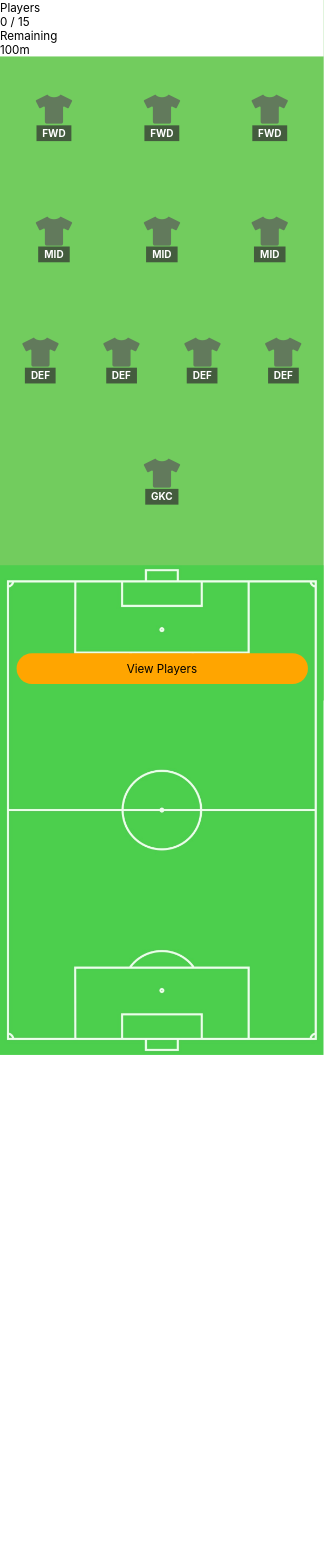
Repository: JavaidAhmadKhan/UEFA
Screen: /
These files come from the project's save history. The screen is drawn as it stood at one moment and after a run of saves; the edit follows.
The pictures are shown at 83% of full size.
The app was drawn by React Native's web renderer in a window 390 px wide. The project was rebuilt for these pictures with package versions that can differ from the ones it lists, and the page was loaded fresh each time. Some packages were replaced by stand-ins written for this rebuild.

Above is the screen before, as saved 2021-07-07 12:05:41.

### App.tsx
import "react-native-gesture-handler";
import { StatusBar } from "expo-status-bar";
import React from "react";
import { SafeAreaProvider } from "react-native-safe-area-context";

import useCachedResources from "./hooks/useCachedResources";
import useColorScheme from "./hooks/useColorScheme";
import TabOneScreen from "./screens/TabOneScreen";

export default function App() {
  const isLoadingComplete = useCachedResources();
  const colorScheme = useColorScheme();

  if (!isLoadingComplete) {
    return null;
  } else {
    return (
      <SafeAreaProvider>
        <TabOneScreen />

        <StatusBar />
      </SafeAreaProvider>
    );
  }
}

### screens/TabOneScreen.tsx
import * as React from "react";
import {
  StyleSheet,
  SafeAreaView,
  Platform,
  Pressable,
  Text,
} from "react-native";

import Field from "../components/Field";
import TeamStats from "../components/TeamStats";

export default function TabOneScreen() {
  const viewPlayers = () => {
    console.warn("View Player");
  };

  return (
    <SafeAreaView style={styles.container}>
      <TeamStats />
      <Field />
      <Pressable onPress={viewPlayers} style={styles.buttonContainer}>
        <Text>View Players</Text>
      </Pressable>
    </SafeAreaView>
  );
}

const styles = StyleSheet.create({
  container: {
    flex: 1,
    alignItems: "center",
    backgroundColor: "#72CC5E",
    paddingTop: Platform.OS === "android" ? 30 : 0,
  },
  buttonContainer: {
    backgroundColor: "orange",
    width: "90%",
    margin: 20,
    padding: 10,
    alignItems: "center",
    borderRadius: 50,
    marginTop: "auto",
  },
});

### components/Field.tsx
import React from "react";
import {
  StyleSheet,
  ImageBackground,
  SafeAreaView,
  Platform,
  Text,
  View,
} from "react-native";

import field from "../assets/images/field.jpg";
import FieldPlayer from "./FieldPlayer";

const players: { [key: string]: null[] } = {
  FWD: [null, null, null],
  MID: [null, null, null],
  DEF: [null, null, null, null],
  GKC: [null],
};

const Field = () => {
  return (
    <ImageBackground
      source={field}
      resizeMode="contain"
      style={{
        width: "100%",
        aspectRatio: 2 / 3,
        justifyContent: "space-around",
        alignItems: "center",
      }}
    >
      {Object.keys(players).map((position) => (
        <View
          style={{
            flexDirection: "row",
            justifyContent: "space-around",
            width: "100%",
          }}
        >
          {players[position].map((player) => (
            <FieldPlayer player={player} position={position} />
          ))}
        </View>
      ))}
    </ImageBackground>
  );
};

export default Field;

### components/TeamStats.tsx
import React from "react";
import { View, Text, StyleSheet } from "react-native";

const TeamStats = () => {
  return (
    <View style={styles.container}>
      <View>
        <Text style={styles.label}>Players</Text>
        <Text style={styles.value}>0 / 15</Text>
      </View>

      <View>
        <Text style={styles.label}>Remaining</Text>
        <Text style={styles.value}>100m</Text>
      </View>
    </View>
  );
};

const styles = StyleSheet.create({
  container: { backgroundColor: "white", width: "100%" },
  label: {},
  value: {},
});

export default TeamStats;

### components/FieldPlayer.tsx
import React from "react";
import { View, Text } from "react-native";
import { FontAwesome5 } from "@expo/vector-icons";

type FieldPlayerProps = {
  player: null;
  position: string;
};

const FieldPlayer = (props: FieldPlayerProps) => {
  const { player, position } = props;

  return (
    <View style={{ alignItems: "center" }}>
      <FontAwesome5
        name="tshirt"
        size={35}
        color={player ? "#d170db" : "#5c5c5cbb"}
      />
      <Text
        style={{
          backgroundColor: "#333333bb",
          color: "white",
          fontWeight: "bold",
          fontSize: 12,
          padding: 2,
          paddingHorizontal: 7,
        }}
      >
        {position}
      </Text>
    </View>
  );
};

export default FieldPlayer;

Loaded but not shown: hooks/useCachedResources.ts (common file); hooks/useColorScheme.ts (common file)

After the next 2 saves:
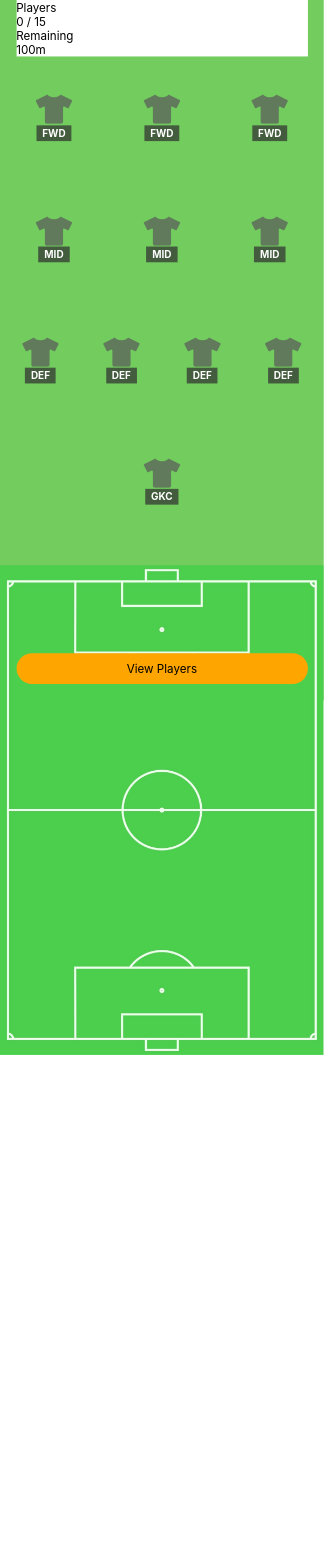
The 2 saves are shown as one change because they came seconds apart.
The last was saved 8 s later.
--- a/components/TeamStats.tsx
+++ b/components/TeamStats.tsx
@@ -18,7 +18,7 @@ const TeamStats = () => {
 };
 
 const styles = StyleSheet.create({
-  container: { backgroundColor: "white", width: "100%" },
+  container: { backgroundColor: "white", width: "90%" },
   label: {},
   value: {},
 });
